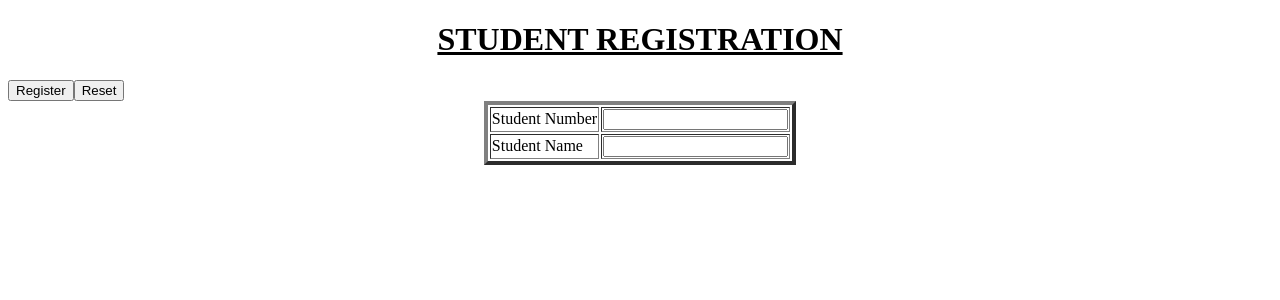
Repository: madhu124/Youtube-demo
Page: StudentRegisApp/WebContent/Register.html
The author's editor kept a copy of each file at every save. The page is drawn from the files as they stood at one save, then again after the next save.
The browser window is 1280 px wide. The pictures show the whole page.

Above is the page before, as saved 2017-05-29 16:00:06.

### StudentRegisApp/WebContent/Register.html
<!DOCTYPE html>
<html>
<head>
<meta charset="ISO-8859-1">
<title> Student Registration Application</title>
</head>
<body>
<center><h1><u>STUDENT REGISTRATION</u></h1></center>
<form action="register" method="post">
<table border="4" align="center">
<tr><td>
Student Number</td>
<td><input type= "text" name="sno"></td>
</tr>
<td>
Student Name</td>

<td>
<input type="text" name="sname"></td>
</tr>

<input type="submit" value="Register"/>
<input type="reset" value="Reset"/>
</table>
</form>
</body>
</html>

After the next save:
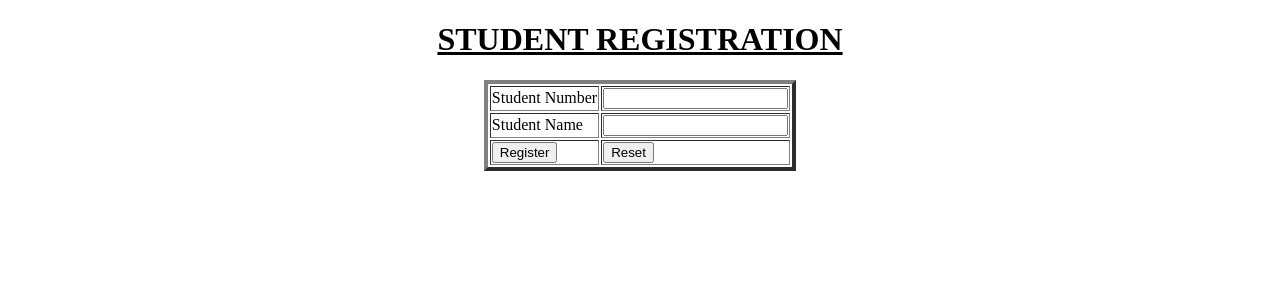
Saved 2 min 37 s later.
--- a/StudentRegisApp/WebContent/Register.html
+++ b/StudentRegisApp/WebContent/Register.html
@@ -2,26 +2,29 @@
 <html>
 <head>
 <meta charset="ISO-8859-1">
-<title> Student Registration Application</title>
+<title>Student Registration Application</title>
 </head>
 <body>
-<center><h1><u>STUDENT REGISTRATION</u></h1></center>
-<form action="register" method="post">
-<table border="4" align="center">
-<tr><td>
-Student Number</td>
-<td><input type= "text" name="sno"></td>
-</tr>
-<td>
-Student Name</td>
+	<center>
+		<h1>
+			<u>STUDENT REGISTRATION</u>
+		</h1>
+	</center>
+	<form action="register" method="post">
+		<table border="4" align="center">
+			<tr>
+				<td>Student Number</td>
+				<td><input type="text" name="sno"></td>
+			</tr>
+			<td>Student Name</td>
 
-<td>
-<input type="text" name="sname"></td>
-</tr>
-
-<input type="submit" value="Register"/>
-<input type="reset" value="Reset"/>
-</table>
-</form>
+			<td><input type="text" name="sname"/></td>
+			</tr>
+<tr>
+			<td><input type="submit" value="Register" /></td>
+			<td><input type="reset" value="Reset" /></td>
+			</tr>
+		</table>
+	</form>
 </body>
 </html>
